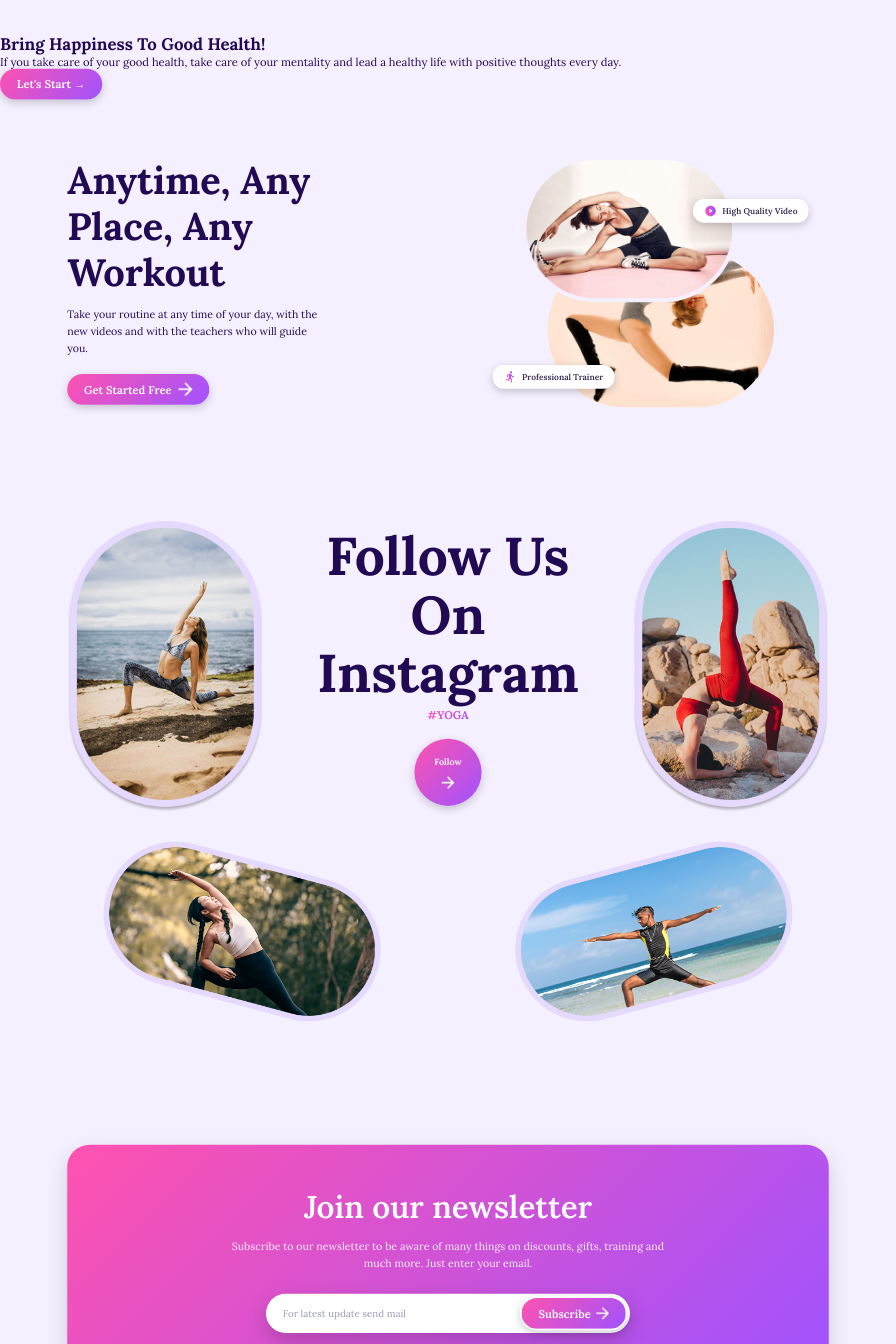
Repository: EunsuhJeon/responsive-yoga-website
Page: index.html
The author's editor kept a copy of each file at every save. The page is drawn from the files as they stood at one save, then again after the next save.
The browser window is 1280 px wide. The pictures show the part of the page from y = 1026 to 2946 px (the page is 3412 px tall), at 70% of full size.

Above is the page before, as saved 2025-11-27 00:34:12.

After the next save:
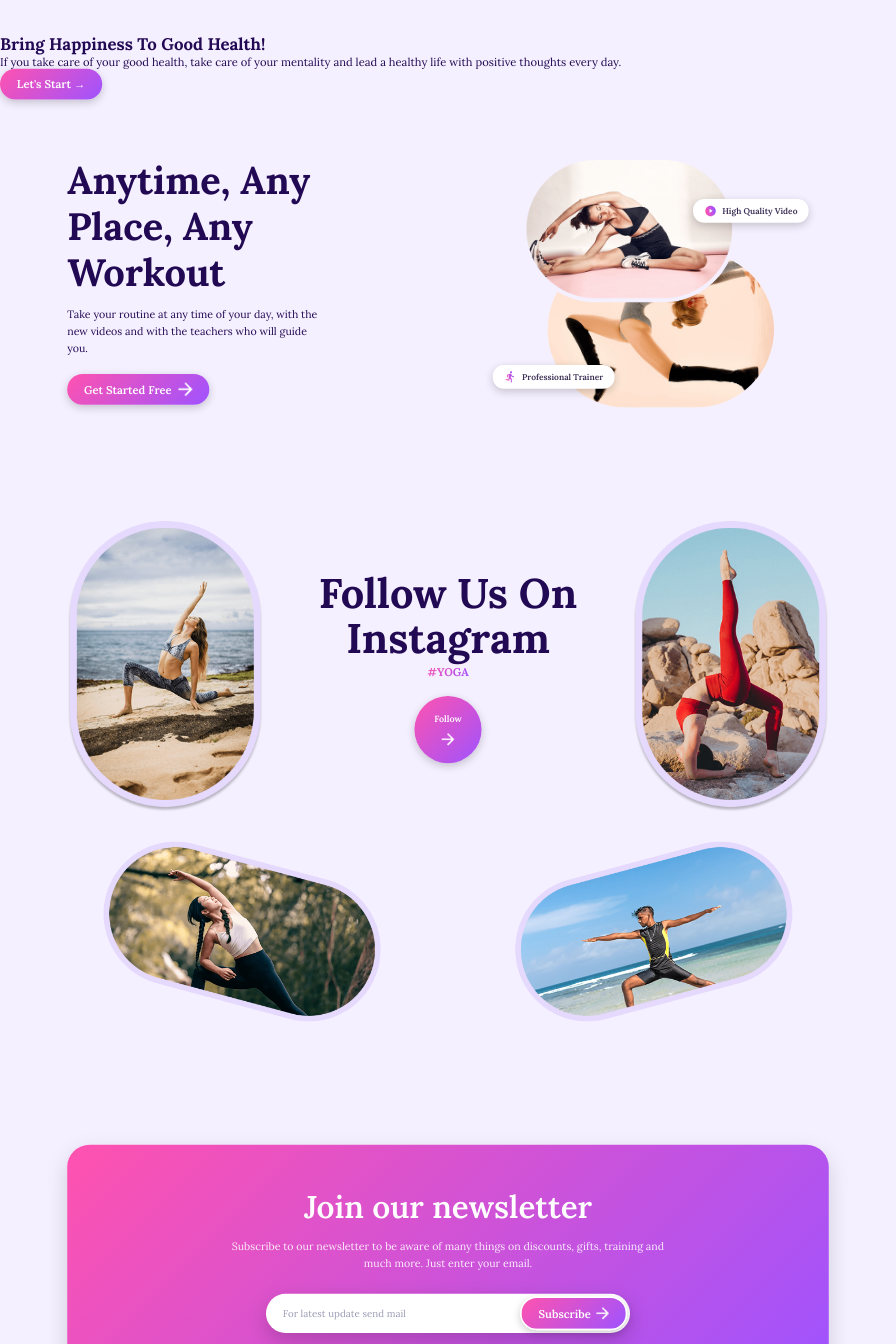
Saved 108 s later.
--- a/main.css
+++ b/main.css
@@ -622,9 +622,9 @@ header a{
 }
 
 .seccion-5-title {
-  font-size: clamp(2.5rem, 6vw + 0.5rem, 4.75rem);
+  font-size: clamp(2rem, 4vw + 0.5rem, 4rem); /* máx 64px */
   line-height: 1.1;
-  margin-bottom: 8px;
+  margin-bottom: 6px;
 }
 
 .seccion-5-hashtag {
